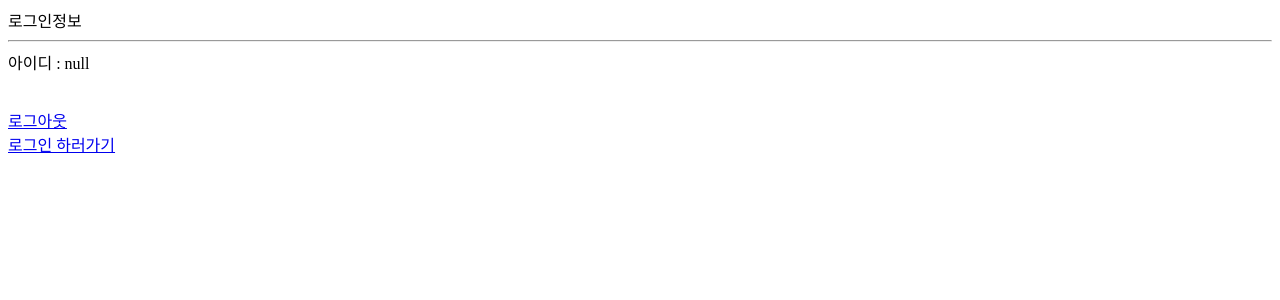
Repository: LetsBeLikeSophie/05_Android
Page: http://localhost/springHbe/cgiSessionBind/bindSession.jsp
An editor plug-in stored every save of this project. The page is shown before and after the next save, followed by the edit.
The browser window is 1280 px wide. The pictures show the whole page.
The page is served by Tomcat 9.

Above is the page before, as saved 2021-10-28 07:28:10.

After the next save:
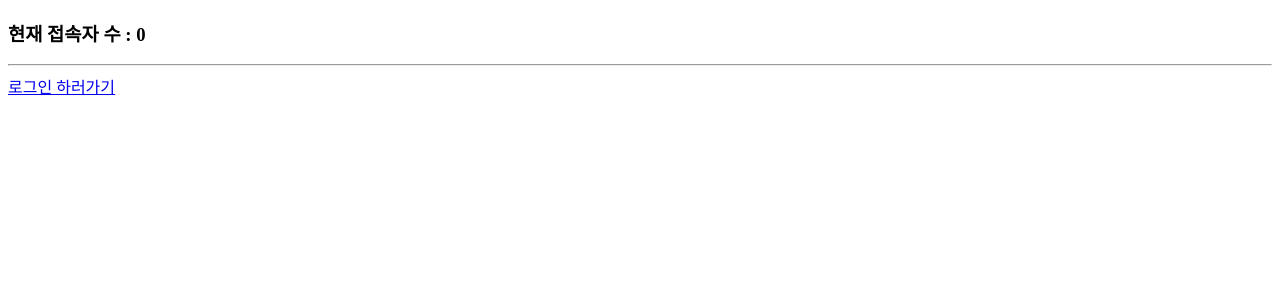
Saved 76 s later.
--- a/211103/el_spring_hbe_work_로그인_세션_메일/springHbe/WebContent/cgiSessionBind/bindSession.jsp
+++ b/211103/el_spring_hbe_work_로그인_세션_메일/springHbe/WebContent/cgiSessionBind/bindSession.jsp
@@ -1,26 +1,33 @@
 <%@ page language="java" contentType="text/html; charset=UTF-8" pageEncoding="UTF-8"%>
-<%@ page import="a.b.c.com.cgi.session.K_Session"%>
+<%@ page import="a.b.c.com.cgi.session.K_SessionManager"%>
 
 
 <% request.setCharacterEncoding("UTF-8");%>
 <%
-	K_Session kSession = null;
-	kSession = new K_Session();
-
-	String kID = kSession.getSession(request);
+	K_SessionManager kManager = K_SessionManager.getInstance();
 %>
 <!DOCTYPE html>
 <html>
 <head>
 <meta charset="UTF-8">
-<title>세션 정보 보기</title>
+<title>세션 테스트</title>
 </head>
 <body>
-로그인정보
-<hr>
-아이디 : <%= kID %><p><br>
-
-<a href="/springHbe/cgiSession/logout.jsp">로그아웃</a><br>
-<a href="/springHbe/cgiSession/login.html">로그인 하러가기</a>
+	<h3> 현재 접속자 수 : <%= kManager.getUserCount()%> </h3>
+	<hr>
+<%
+	if (kManager.isLogin(session.getId())){
+%>
+		<%= kManager.getUserID(session.getId()) %> 님 안뇽하세요 !!
+		<br>
+		<p>
+		<a href="/testKosmo/cgiSessionBind/bindLogout.jsp">로그 아웃</a>
+<%
+	}else{
+%>
+		<a href="/testKosmo/cgiSessionBind/bindLogin.html">로그인 하러가기</a>
+<%
+	}
+%>
 </body>
 </html>
